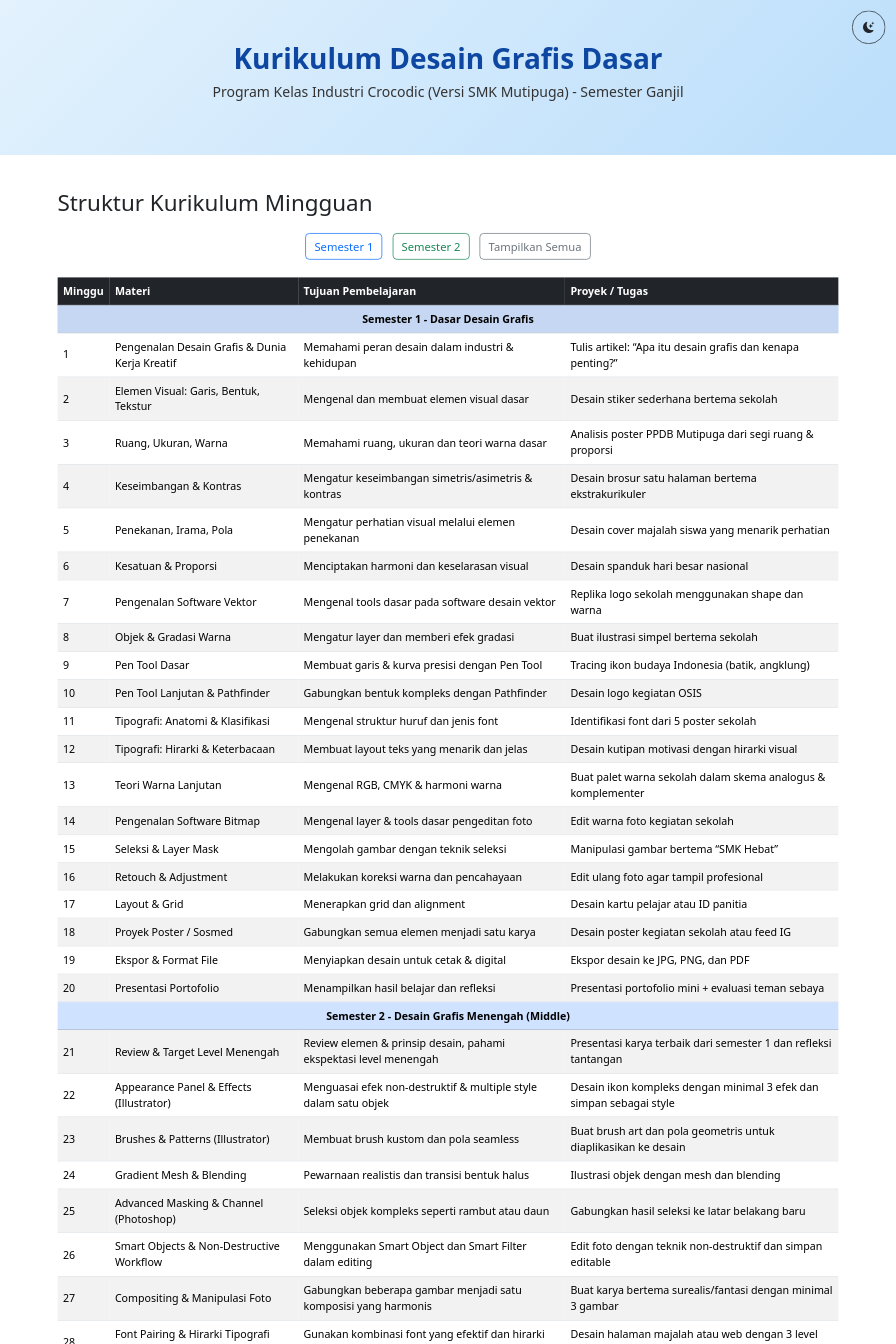
Repository: ppdbsmkmutipuga/kurikulumdesain
Page: index.html
The author's editor kept a copy of each file at every save. The page is drawn from the files as they stood at one save, then again after the next save.
The browser window is 1280 px wide. The pictures show the part of the page from y = 0 to 1920 px (the page is 2789 px tall), at 70% of full size.

Above is the page before, as saved 2025-07-01 04:21:18.

### index.html
<!DOCTYPE html>
<html lang="id">

<head>
    <meta charset="UTF-8" />
    <meta name="viewport" content="width=device-width, initial-scale=1.0" />
    <title>Kurikulum Desain Grafis - SMK Mutipuga</title>
    <link href="https://cdn.jsdelivr.net/npm/bootstrap@5.3.3/dist/css/bootstrap.min.css" rel="stylesheet" />
    <link href="https://cdnjs.cloudflare.com/ajax/libs/aos/2.3.4/aos.css" rel="stylesheet" />
    <link href="https://cdn.jsdelivr.net/npm/bootstrap-icons@1.10.5/font/bootstrap-icons.css" rel="stylesheet">
    <link rel="stylesheet" href="style.css">
</head>

<body>
    <button class="btn btn-outline-dark mode-toggle" onclick="toggleMode()">
        <i class="bi bi-moon-stars-fill"></i>
    </button>

    <!-- Hero Section -->
    <section class="hero" data-aos="fade-down">
        <div class="container">
            <h1>Kurikulum Desain Grafis Dasar</h1>
            <p class="lead">Program Kelas Industri Crocodic (Versi SMK Mutipuga) - Semester Ganjil</p>
        </div>
    </section>

    <!-- Table Section -->
    <section class="container my-5" data-aos="fade-up">
        <h2 class="section-title">Struktur Kurikulum Mingguan</h2>
        <div class="filter-buttons">
            <button class="btn btn-outline-primary" onclick="filterSemester(1)">Semester 1</button>
            <button class="btn btn-outline-success" onclick="filterSemester(2)">Semester 2</button>
            <button class="btn btn-outline-secondary" onclick="filterSemester(0)">Tampilkan Semua</button>
        </div>
        <div class="table-container">
            <div class="table-responsive">
                <table class="table table-striped table-hover align-middle mb-0" id="kurikulumTable">
                    <thead class="table-dark">
                        <tr>
                            <th scope="col">Minggu</th>
                            <th scope="col">Materi</th>
                            <th scope="col">Tujuan Pembelajaran</th>
                            <th scope="col">Proyek / Tugas</th>
                        </tr>
                    </thead>
                    <tbody>
                        <!-- Data rows akan di-load lewat JS -->
                    </tbody>
                </table>
            </div>
        </div>
    </section>

    <!-- Footer -->
    <footer>
        &copy; 2025 SMK Muhammadiyah 3 Pucang Gading | Program Kelas Industri Crocodic
    </footer>

    <!-- Scripts -->
    <script src="https://cdn.jsdelivr.net/npm/bootstrap@5.3.3/dist/js/bootstrap.bundle.min.js"></script>
    <script src="https://cdnjs.cloudflare.com/ajax/libs/aos/2.3.4/aos.js"></script>
    <script src="script.js"></script>
</body>

</html>

### style.css
/* =========================
   HERO SECTION
========================= */
.hero {
  padding: 60px 0;
  background: linear-gradient(135deg, #e3f2fd, #bbdefb);
  text-align: center;
}

.hero h1 {
  font-weight: 700;
  font-size: 2.5rem;
  color: #0d47a1;
}

.hero p {
  font-size: 1.25rem;
  color: #333;
}

body.bg-dark .hero {
  background: linear-gradient(135deg, #1e1e1e, #2c2c2c);
}

body.bg-dark .hero h1 {
  color: #90caf9;
}

body.bg-dark .hero p {
  color: #cccccc;
}

/* =========================
   FILTER BUTTONS
========================= */
.filter-buttons {
  text-align: center;
  margin: 20px 0;
}

.filter-buttons .btn {
  margin: 5px;
}

body.bg-dark .btn-outline-primary {
  color: #90caf9;
  border-color: #90caf9;
}

body.bg-dark .btn-outline-success {
  color: #81c784;
  border-color: #81c784;
}

body.bg-dark .btn-outline-secondary {
  color: #b0bec5;
  border-color: #b0bec5;
}

/* =========================
   TABLE
========================= */
.table-container {
  overflow-x: auto;
}

.table th,
.table td {
  vertical-align: middle !important;
  font-size: 0.95rem;
}

body.bg-dark .table,
body.bg-dark .table td,
body.bg-dark .table th {
  color: #e0e0e0;
}

body.bg-dark .table thead,
body.bg-dark .table-dark th {
  background-color: #1f1f1f !important;
  color: #fff !important;
}

body.bg-dark .table-primary {
  background-color: #37474f !important;
  color: #ffffff !important;
}

body.bg-dark .table-striped tbody tr:nth-of-type(even) {
  background-color: #1c1c1c;
}

body.bg-dark .table-striped tbody tr:nth-of-type(odd) {
  background-color: #262626;
}

body.bg-dark .table-hover tbody tr:hover {
  background-color: #333333;
}

/* =========================
   FOOTER
========================= */
footer {
  padding: 20px;
  text-align: center;
  background-color: #f1f1f1;
  margin-top: 50px;
  font-size: 0.9rem;
}

body.bg-dark footer {
  background-color: #1e1e1e;
  color: #ccc;
}

/* =========================
   MODE TOGGLE BUTTON
========================= */
.mode-toggle {
  position: fixed;
  top: 15px;
  right: 15px;
  z-index: 1000;
  border-radius: 50%;
  width: 48px;
  height: 48px;
  display: flex;
  align-items: center;
  justify-content: center;
}

body.bg-dark .mode-toggle {
  background-color: #333;
  color: #fff;
}

/* =========================
   RESPONSIVE
========================= */
@media (max-width: 768px) {
  .hero h1 {
    font-size: 1.8rem;
  }

  .hero p {
    font-size: 1rem;
  }

  .table th,
  .table td {
    font-size: 0.85rem;
  }
}

@media (max-width: 576px) {
  .mode-toggle {
    width: 40px;
    height: 40px;
  }

  .hero {
    padding: 40px 0;
  }
}

### script.js
// Inisialisasi animasi AOS
AOS.init();

// Data lengkap Week 1–40
const tableData = [
    { week: 'Semester 1 - Dasar Desain Grafis', isHeader: true, semester: 1 },
    { week: 1, materi: 'Pengenalan Desain Grafis & Dunia Kerja Kreatif', tujuan: 'Memahami peran desain dalam industri & kehidupan', tugas: 'Tulis artikel: “Apa itu desain grafis dan kenapa penting?”', semester: 1 },
    { week: 2, materi: 'Elemen Visual: Garis, Bentuk, Tekstur', tujuan: 'Mengenal dan membuat elemen visual dasar', tugas: 'Desain stiker sederhana bertema sekolah', semester: 1 },
    { week: 3, materi: 'Ruang, Ukuran, Warna', tujuan: 'Memahami ruang, ukuran dan teori warna dasar', tugas: 'Analisis poster PPDB Mutipuga dari segi ruang & proporsi', semester: 1 },
    { week: 4, materi: 'Keseimbangan & Kontras', tujuan: 'Mengatur keseimbangan simetris/asimetris & kontras', tugas: 'Desain brosur satu halaman bertema ekstrakurikuler', semester: 1 },
    { week: 5, materi: 'Penekanan, Irama, Pola', tujuan: 'Mengatur perhatian visual melalui elemen penekanan', tugas: 'Desain cover majalah siswa yang menarik perhatian', semester: 1 },
    { week: 6, materi: 'Kesatuan & Proporsi', tujuan: 'Menciptakan harmoni dan keselarasan visual', tugas: 'Desain spanduk hari besar nasional', semester: 1 },
    { week: 7, materi: 'Pengenalan Software Vektor', tujuan: 'Mengenal tools dasar pada software desain vektor', tugas: 'Replika logo sekolah menggunakan shape dan warna', semester: 1 },
    { week: 8, materi: 'Objek & Gradasi Warna', tujuan: 'Mengatur layer dan memberi efek gradasi', tugas: 'Buat ilustrasi simpel bertema sekolah', semester: 1 },
    { week: 9, materi: 'Pen Tool Dasar', tujuan: 'Membuat garis & kurva presisi dengan Pen Tool', tugas: 'Tracing ikon budaya Indonesia (batik, angklung)', semester: 1 },
    { week: 10, materi: 'Pen Tool Lanjutan & Pathfinder', tujuan: 'Gabungkan bentuk kompleks dengan Pathfinder', tugas: 'Desain logo kegiatan OSIS', semester: 1 },
    { week: 11, materi: 'Tipografi: Anatomi & Klasifikasi', tujuan: 'Mengenal struktur huruf dan jenis font', tugas: 'Identifikasi font dari 5 poster sekolah', semester: 1 },
    { week: 12, materi: 'Tipografi: Hirarki & Keterbacaan', tujuan: 'Membuat layout teks yang menarik dan jelas', tugas: 'Desain kutipan motivasi dengan hirarki visual', semester: 1 },
    { week: 13, materi: 'Teori Warna Lanjutan', tujuan: 'Mengenal RGB, CMYK & harmoni warna', tugas: 'Buat palet warna sekolah dalam skema analogus & komplementer', semester: 1 },
    { week: 14, materi: 'Pengenalan Software Bitmap', tujuan: 'Mengenal layer & tools dasar pengeditan foto', tugas: 'Edit warna foto kegiatan sekolah', semester: 1 },
    { week: 15, materi: 'Seleksi & Layer Mask', tujuan: 'Mengolah gambar dengan teknik seleksi', tugas: 'Manipulasi gambar bertema “SMK Hebat”', semester: 1 },
    { week: 16, materi: 'Retouch & Adjustment', tujuan: 'Melakukan koreksi warna dan pencahayaan', tugas: 'Edit ulang foto agar tampil profesional', semester: 1 },
    { week: 17, materi: 'Layout & Grid', tujuan: 'Menerapkan grid dan alignment', tugas: 'Desain kartu pelajar atau ID panitia', semester: 1 },
    { week: 18, materi: 'Proyek Poster / Sosmed', tujuan: 'Gabungkan semua elemen menjadi satu karya', tugas: 'Desain poster kegiatan sekolah atau feed IG', semester: 1 },
    { week: 19, materi: 'Ekspor & Format File', tujuan: 'Menyiapkan desain untuk cetak & digital', tugas: 'Ekspor desain ke JPG, PNG, dan PDF', semester: 1 },
    { week: 20, materi: 'Presentasi Portofolio', tujuan: 'Menampilkan hasil belajar dan refleksi', tugas: 'Presentasi portofolio mini + evaluasi teman sebaya', semester: 1 },
    { week: 'Semester 2 - Desain Grafis Menengah (Middle)', isHeader: true, semester: 2 },
    { week: 21, materi: 'Review & Target Level Menengah', tujuan: 'Review elemen & prinsip desain, pahami ekspektasi level menengah', tugas: 'Presentasi karya terbaik dari semester 1 dan refleksi tantangan', semester: 2 },
    { week: 22, materi: 'Appearance Panel & Effects (Illustrator)', tujuan: 'Menguasai efek non-destruktif & multiple style dalam satu objek', tugas: 'Desain ikon kompleks dengan minimal 3 efek dan simpan sebagai style', semester: 2 },
    { week: 23, materi: 'Brushes & Patterns (Illustrator)', tujuan: 'Membuat brush kustom dan pola seamless', tugas: 'Buat brush art dan pola geometris untuk diaplikasikan ke desain', semester: 2 },
    { week: 24, materi: 'Gradient Mesh & Blending', tujuan: 'Pewarnaan realistis dan transisi bentuk halus', tugas: 'Ilustrasi objek dengan mesh dan blending', semester: 2 },
    { week: 25, materi: 'Advanced Masking & Channel (Photoshop)', tujuan: 'Seleksi objek kompleks seperti rambut atau daun', tugas: 'Gabungkan hasil seleksi ke latar belakang baru', semester: 2 },
    { week: 26, materi: 'Smart Objects & Non-Destructive Workflow', tujuan: 'Menggunakan Smart Object dan Smart Filter dalam editing', tugas: 'Edit foto dengan teknik non-destruktif dan simpan editable', semester: 2 },
    { week: 27, materi: 'Compositing & Manipulasi Foto', tujuan: 'Gabungkan beberapa gambar menjadi satu komposisi yang harmonis', tugas: 'Buat karya bertema surealis/fantasi dengan minimal 3 gambar', semester: 2 },
    { week: 28, materi: 'Font Pairing & Hirarki Tipografi Lanjut', tujuan: 'Gunakan kombinasi font yang efektif dan hirarki teks yang kompleks', tugas: 'Desain halaman majalah atau web dengan 3 level teks dan font pairing', semester: 2 },
    { week: 29, materi: 'Typographic Grid & Readability', tujuan: 'Menggunakan grid dan memahami keterbacaan teks panjang', tugas: 'Rancang ulang artikel agar lebih rapi dan nyaman dibaca', semester: 2 },
    { week: 30, materi: 'Psikologi Warna & Palet Kustom', tujuan: 'Pahami pengaruh warna terhadap persepsi', tugas: 'Buat 2 palet warna untuk brand fiktif, berikan justifikasi', semester: 2 },
    { week: 31, materi: 'Logo & Identitas Visual Dasar', tujuan: 'Pahami jenis-jenis logo dan elemen visual', tugas: 'Analisis logo UKM lokal dan berikan saran pengembangan', semester: 2 },
    { week: 32, materi: 'Logo Variasi & Style Guide Dasar', tujuan: 'Desain versi logo berbeda dan panduan penggunaannya', tugas: 'Buat minimal 3 versi logo + 1 halaman style guide sederhana', semester: 2 },
    { week: 33, materi: 'InDesign: Master Pages', tujuan: 'Mengenal interface dan penggunaan master page', tugas: 'Desain dokumen 4 halaman dengan elemen tetap', semester: 2 },
    { week: 34, materi: 'InDesign: Styles & Text Flow', tujuan: 'Membuat paragraph styles dan mengatur aliran teks', tugas: 'Desain artikel dummy dengan text threading dan paragraph styles', semester: 2 },
    { week: 35, materi: 'UI/UX Design Principles', tujuan: 'Memahami prinsip dasar usability dan perbedaan UI/UX', tugas: 'Analisis aplikasi populer dan evaluasi prinsip usability-nya', semester: 2 },
    { week: 36, materi: 'Desain Elemen UI Dasar', tujuan: 'Desain tombol, form, dan komponen lain dengan berbagai state', tugas: 'Buat set UI: tombol, form, card dengan tampilan konsisten', semester: 2 },
    { week: 37, materi: 'Brief, Riset & Moodboard', tujuan: 'Menganalisis brief dan membuat visual moodboard', tugas: 'Buat moodboard untuk proyek branding fiktif', semester: 2 },
    { week: 38, materi: 'Proyek Integratif', tujuan: 'Menggabungkan semua skill dalam satu proyek besar', tugas: 'Lanjutkan proyek branding/brosur/UI berdasarkan brief', semester: 2 },
    { week: 39, materi: 'Print & Web Optimization', tujuan: 'Optimalkan file desain untuk cetak dan web', tugas: 'Ekspor proyek ke versi cetak (PDF) dan digital (JPG/PNG)', semester: 2 },
    { week: 40, materi: 'Portfolio Review & Karir', tujuan: 'Review proyek akhir dan diskusi karir desain', tugas: 'Presentasikan proyek akhir + 3–5 karya untuk portofolio mini', semester: 2 },
];

const tbody = document.querySelector('#kurikulumTable tbody');

function renderTable(filter) {
    tbody.innerHTML = '';
    let hasPrintedSemester1Header = false;
    let hasPrintedSemester2Header = false;
    tableData.forEach(row => {
        if (filter === 0 || row.semester === filter || row.isHeader) {
            if (row.isHeader) {
                if ((filter === 1 && row.semester === 1 && !hasPrintedSemester1Header) ||
                    (filter === 2 && row.semester === 2 && !hasPrintedSemester2Header) ||
                    filter === 0) {
                    const tr = document.createElement('tr');
                    tr.className = 'table-primary text-center fw-bold';
                    const td = document.createElement('td');
                    td.setAttribute('colspan', 4);
                    td.textContent = row.week;
                    tr.appendChild(td);
                    tbody.appendChild(tr);
                    if (row.semester === 1) hasPrintedSemester1Header = true;
                    if (row.semester === 2) hasPrintedSemester2Header = true;
                }
            } else {
                if (filter === 0 || row.semester === filter) {
                    const tr = document.createElement('tr');
                    tr.innerHTML = `
            <td>${row.week}</td>
            <td>${row.materi}</td>
            <td>${row.tujuan}</td>
            <td>${row.tugas}</td>
          `;
                    tbody.appendChild(tr);
                }
            }
        }
    });
}

function filterSemester(semester) {
    renderTable(semester);
}

function toggleMode() {
    document.body.classList.toggle('bg-dark');
    document.body.classList.toggle('text-white');
    document.querySelector('footer').classList.toggle('bg-light');
    document.querySelector('footer').classList.toggle('text-dark');
}

renderTable(0);

After the next save:
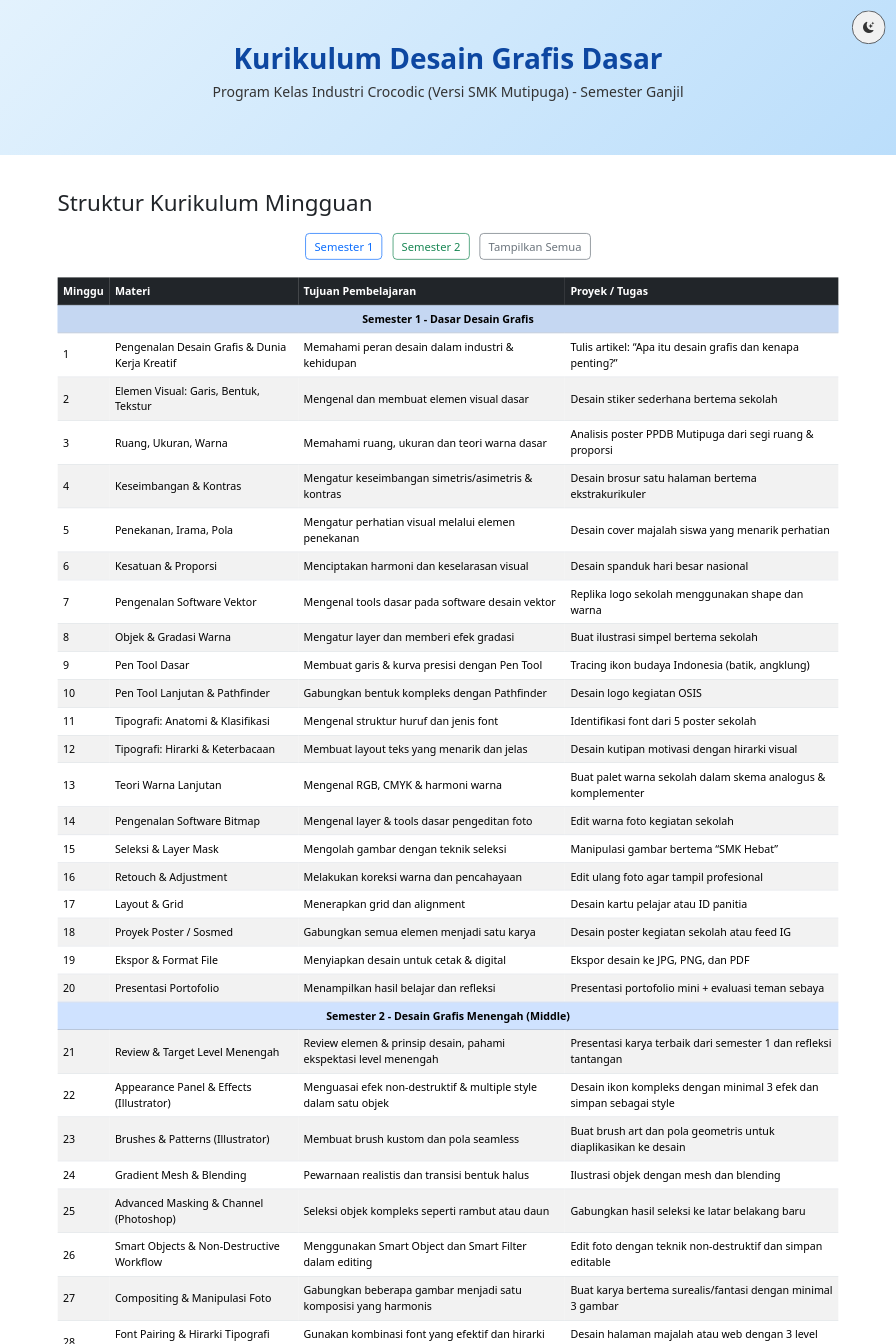
Saved 83 s later.
--- a/style.css
+++ b/style.css
@@ -70,16 +70,16 @@ body.bg-dark .btn-outline-secondary {
   font-size: 0.95rem;
 }
 
+/* DARK MODE TABLE IMPROVED */
 body.bg-dark .table,
 body.bg-dark .table td,
 body.bg-dark .table th {
-  color: #e0e0e0;
+  color: #f5f5f5;
+  text-shadow: 0 0 2px rgba(0, 0, 0, 0.4);
 }
 
-body.bg-dark .table thead,
-body.bg-dark .table-dark th {
-  background-color: #1f1f1f !important;
-  color: #fff !important;
+body.bg-dark .table thead {
+  background-color: #1f1f1f;
 }
 
 body.bg-dark .table-primary {
@@ -87,16 +87,21 @@ body.bg-dark .table-primary {
   color: #ffffff !important;
 }
 
-body.bg-dark .table-striped tbody tr:nth-of-type(even) {
-  background-color: #1c1c1c;
+body.bg-dark .table-striped tbody tr:nth-of-type(odd) {
+  background-color: #2e2e2e;
 }
 
-body.bg-dark .table-striped tbody tr:nth-of-type(odd) {
-  background-color: #262626;
+body.bg-dark .table-striped tbody tr:nth-of-type(even) {
+  background-color: #1f1f1f;
 }
 
 body.bg-dark .table-hover tbody tr:hover {
-  background-color: #333333;
+  background-color: #3a3a3a;
+}
+
+body.bg-dark .table-dark th {
+  background-color: #333 !important;
+  color: #fff !important;
 }
 
 /* =========================
@@ -129,6 +134,8 @@ body.bg-dark footer {
   display: flex;
   align-items: center;
   justify-content: center;
+  background-color: #f1f1f1;
+  color: #333;
 }
 
 body.bg-dark .mode-toggle {
